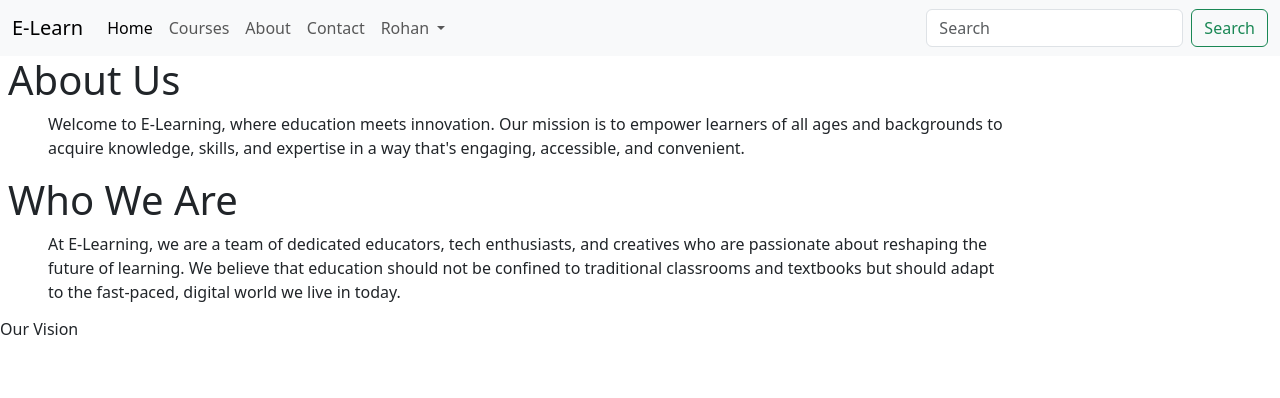
Repository: syni18/bootstrap_elarn
Page: About.html
The author's editor kept a copy of each file at every save. The page is drawn from the files as they stood at one save, then again after a run of saves.
The browser window is 1280 px wide. The pictures show the whole page.

Above is the page before, as saved 2023-10-25 23:09:20.

### About.html
<!doctype html>
<html lang="en">
  <head>
    <meta charset="utf-8">
    <meta name="viewport" content="width=device-width, initial-scale=1">
    <title>E-Learning</title>
    <link href="https://cdn.jsdelivr.net/npm/bootstrap@5.3.2/dist/css/bootstrap.min.css" rel="stylesheet" integrity="sha384-T3c6CoIi6uLrA9TneNEoa7RxnatzjcDSCmG1MXxSR1GAsXEV/Dwwykc2MPK8M2HN" crossorigin="anonymous">
  </head>
  <body>
    <nav class="navbar navbar-expand-lg bg-body-tertiary">
  <div class="container-fluid">
    <a class="navbar-brand" href="#">E-Learn</a>
    <button class="navbar-toggler" type="button" data-bs-toggle="collapse" data-bs-target="#navbarSupportedContent" aria-controls="navbarSupportedContent" aria-expanded="false" aria-label="Toggle navigation">
      <span class="navbar-toggler-icon"></span>
    </button>
    <div class="collapse navbar-collapse" id="navbarSupportedContent">
      <ul class="navbar-nav me-auto mb-2 mb-lg-0">
        <li class="nav-item">
          <a class="nav-link active" aria-current="page" href="#">Home</a>
        </li>
        <li class="nav-item">
          <a class="nav-link" href="#">Courses</a>
        </li>
        <li class="nav-item">
          <a class="nav-link" href="#">About</a>
        </li>
        <li class="nav-item">
          <a class="nav-link" href="#">Contact</a>
        </li>
        <li class="nav-item dropdown">
          <a class="nav-link dropdown-toggle" href="#" role="button" data-bs-toggle="dropdown" aria-expanded="false">
            Rohan
          </a>
          <ul class="dropdown-menu">
            <li><a class="dropdown-item" href="#">My Profile</a></li>
            <li><a class="dropdown-item" href="#">My Courses</a></li>
            <li><hr class="dropdown-divider"></li>
            <li><a class="dropdown-item" href="#">Log Out</a></li>
          </ul>
        </li>
      </ul>
      <form class="d-flex" role="search">
        <input class="form-control me-2" type="search" placeholder="Search" aria-label="Search">
        <button class="btn btn-outline-success" type="submit">Search</button>
      </form>
    </div>
  </div>
</nav>
<div>
    <h6 class="display-6 ms-2">About Us</h6>
    <p class="w-75 ms-5">Welcome to E-Learning, where education meets innovation. Our mission is to empower learners of all ages and backgrounds to acquire knowledge, skills, and expertise in a way that's engaging, accessible, and convenient.</p>
</div>
<div>
    <h6 class="display-6 ms-2">Who We Are</h6>
    <p class="w-75 ms-5">At E-Learning, we are a team of dedicated educators, tech enthusiasts, and creatives who are passionate about reshaping the future of learning. We believe that education should not be confined to traditional classrooms and textbooks but should adapt to the fast-paced, digital world we live in today.</p>
</div>
<div>
    <h6 cl>Our Vision</h6>
</div>
    <script src="https://cdn.jsdelivr.net/npm/bootstrap@5.3.2/dist/js/bootstrap.bundle.min.js" integrity="sha384-C6RzsynM9kWDrMNeT87bh95OGNyZPhcTNXj1NW7RuBCsyN/o0jlpcV8Qyq46cDfL" crossorigin="anonymous"></script>
  </body>
</html>

After the next 2 saves:
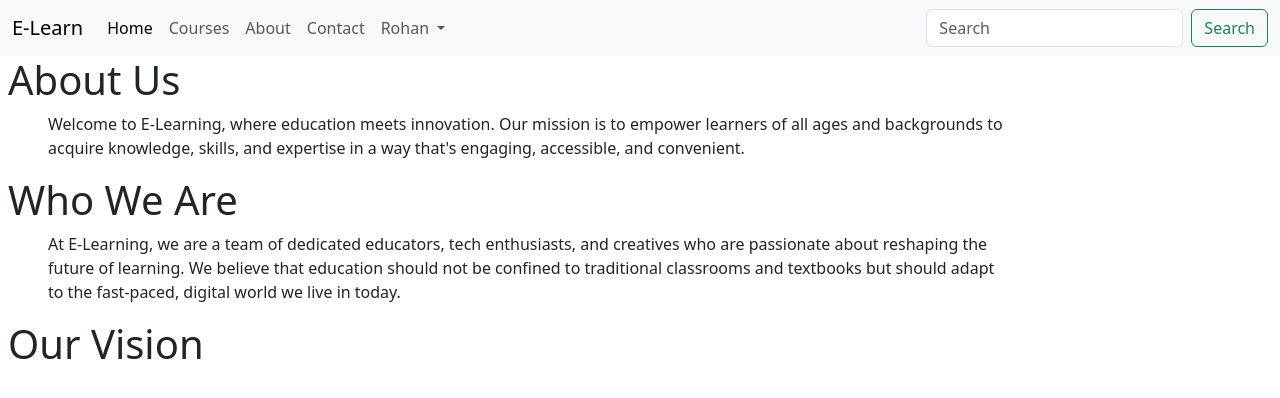
The 2 saves are shown as one change because they came seconds apart.
The last was saved 7 s later.
--- a/About.html
+++ b/About.html
@@ -55,7 +55,7 @@
     <p class="w-75 ms-5">At E-Learning, we are a team of dedicated educators, tech enthusiasts, and creatives who are passionate about reshaping the future of learning. We believe that education should not be confined to traditional classrooms and textbooks but should adapt to the fast-paced, digital world we live in today.</p>
 </div>
 <div>
-    <h6 cl>Our Vision</h6>
+    <h6 class="display-6 ms-2">Our Vision</h6>
 </div>
     <script src="https://cdn.jsdelivr.net/npm/bootstrap@5.3.2/dist/js/bootstrap.bundle.min.js" integrity="sha384-C6RzsynM9kWDrMNeT87bh95OGNyZPhcTNXj1NW7RuBCsyN/o0jlpcV8Qyq46cDfL" crossorigin="anonymous"></script>
   </body>
